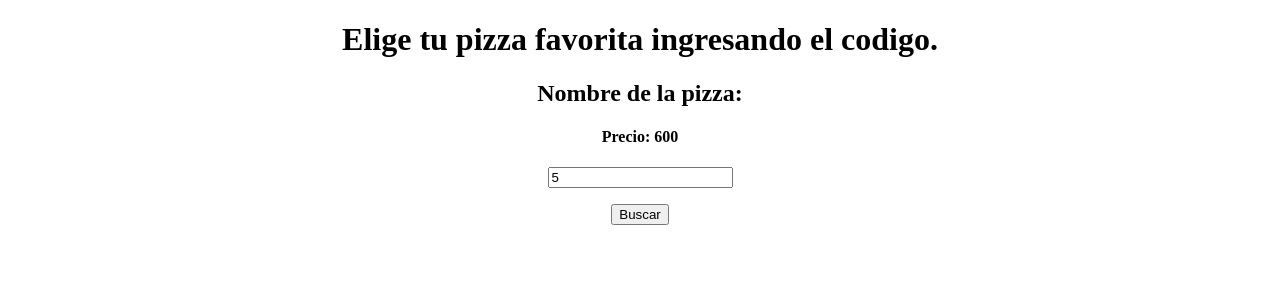
Repository: lucas-itup/E1-JAVASCRIPT
Page: index.html
The author's editor kept a copy of each file at every save. The page is drawn from the files as they stood at one save, then again after the next save.
The browser window is 1280 px wide. The pictures show the whole page.
Empty fields were first filled with sample values (such as "Sample", 5 or name@example.com).
After loading, the first visible `button` was clicked once.

Above is the page before, as saved 2022-09-12 00:39:14.

### index.html
<!DOCTYPE html>
<html lang="en">

<head>
    <meta charset="UTF-8">
    <meta http-equiv="X-UA-Compatible" content="IE=edge">
    <meta name="viewport" content="width=device-width, initial-scale=1.0">

    <title>E1-JAVASCRIPT</title>
</head>

<body>
    <div id="listado-pizzas" style="text-align: center;">
        <div>
            <h1>Elige tu pizza favorita ingresando el codigo.</h1>

            <h2>Nombre de la pizza: <span id="nombre-pizza"> </span></h2>
            <h4>Precio: <span id="precio-pizza"></span></h4>
        </div>
        <div>
            <input type="number" value="" id="value-id">
            <p id="input-vacio"> </p>
            <button onclick="buscarPizza()" type="button">Buscar</button>
        </div>
    </div>
    <script src="/assets/index.js"></script>
</body>

</html>

### assets/index.js
let pizza1 = {
    id: '1',
    nombre: 'Muzarella',
    ingredientes: [
        'tomate', 'muzarella', 'oregano'
    ],
    precio: '600'
}
let pizza2 = {
    id: '2',
    nombre: 'Napolitana',
    ingredientes: [
        'jamon', 'huevo', 'queso'
    ],
    precio: '300'
}
let pizza3 = {
    id: '3',
    nombre: 'Americana',
    ingredientes: [
        'huevoFrito', 'peperoni', 'roquefort'
    ],
    precio: '200'
}
let pizza4 = {
    id: '4',
    nombre: 'Rucula',
    ingredientes: [
        'verduras', 'palmito', 'especias'
    ],
    precio: '500'
}
let pizza5 = {
    id: '5',
    nombre: 'Especial',
    ingredientes: [
        'salsa', 'harina', 'crema'
    ],
    precio: '800'
}
let pizza6 = {
    id: '6',
    nombre: 'DE_LA_CASA',
    ingredientes: [
        'anchoas', 'pimientos', 'hongos'
    ],
    precio: '900'
}

let pizzas = [pizza1, pizza2, pizza3, pizza4, pizza5, pizza6]
let listado = document.getElementById('listado-pizzas');

const buscarPizza = () => {
    let valueid = document.getElementById('value-id').value;
    var precioPizza = document.getElementById('precio-pizza');
    var nombrePizza = document.getElementById('nombre-pizza');
    var inputVacio = document.getElementById('input-vacio')
    inputVacio.textContent = "";
    precioPizza.textContent = "";

    if (valueid == "") return inputVacio.textContent = "Debes ingresar un valor numerico."

    var found = pizzas.find(function(post, index) {
        inputVacio.textContent = ""
        if (post.id == valueid)
            precioPizza.textContent = post.precio
        return precioPizza.textContent = post.precio;
    });

    if (found == undefined) return inputVacio.textContent = "El codigo ingresado es incorrecto."
}

After the next save:
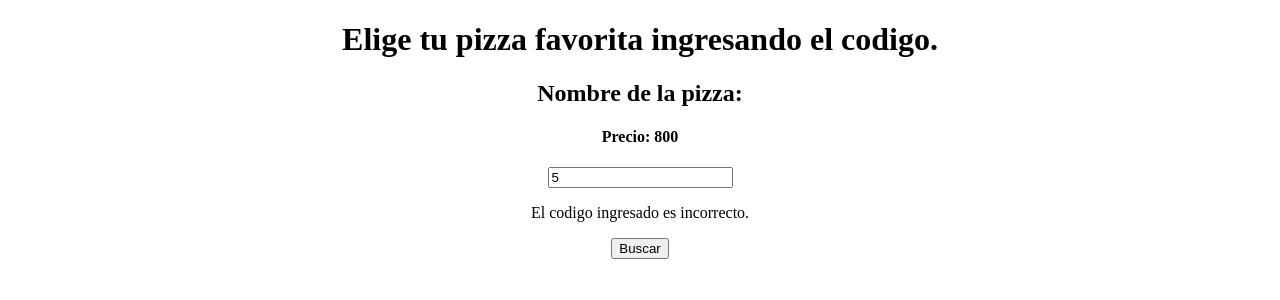
Saved 3 min 9 s later.
--- a/assets/index.js
+++ b/assets/index.js
@@ -63,8 +63,8 @@
     var found = pizzas.find(function(post, index) {
         inputVacio.textContent = ""
         if (post.id == valueid)
-            precioPizza.textContent = post.precio
-        return precioPizza.textContent = post.precio;
+            precioPizza.textContent = post.precio;
+        nombrePizza = post.precio;
     });
 
     if (found == undefined) return inputVacio.textContent = "El codigo ingresado es incorrecto."

After the save that followed:
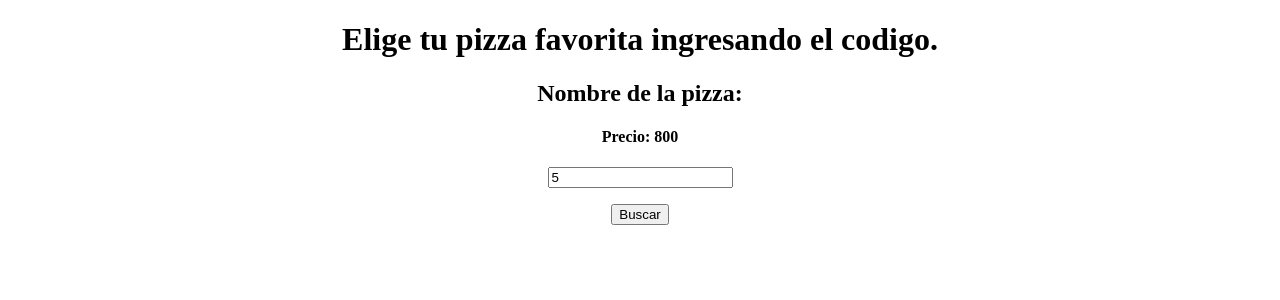
Saved 35 s later.
--- a/assets/index.js
+++ b/assets/index.js
@@ -62,9 +62,12 @@
 
     var found = pizzas.find(function(post, index) {
         inputVacio.textContent = ""
-        if (post.id == valueid)
+        if (post.id == valueid) {
             precioPizza.textContent = post.precio;
-        nombrePizza = post.precio;
+            nombrePizza = post.precio;
+            return true;
+        }
+
     });
 
     if (found == undefined) return inputVacio.textContent = "El codigo ingresado es incorrecto."
